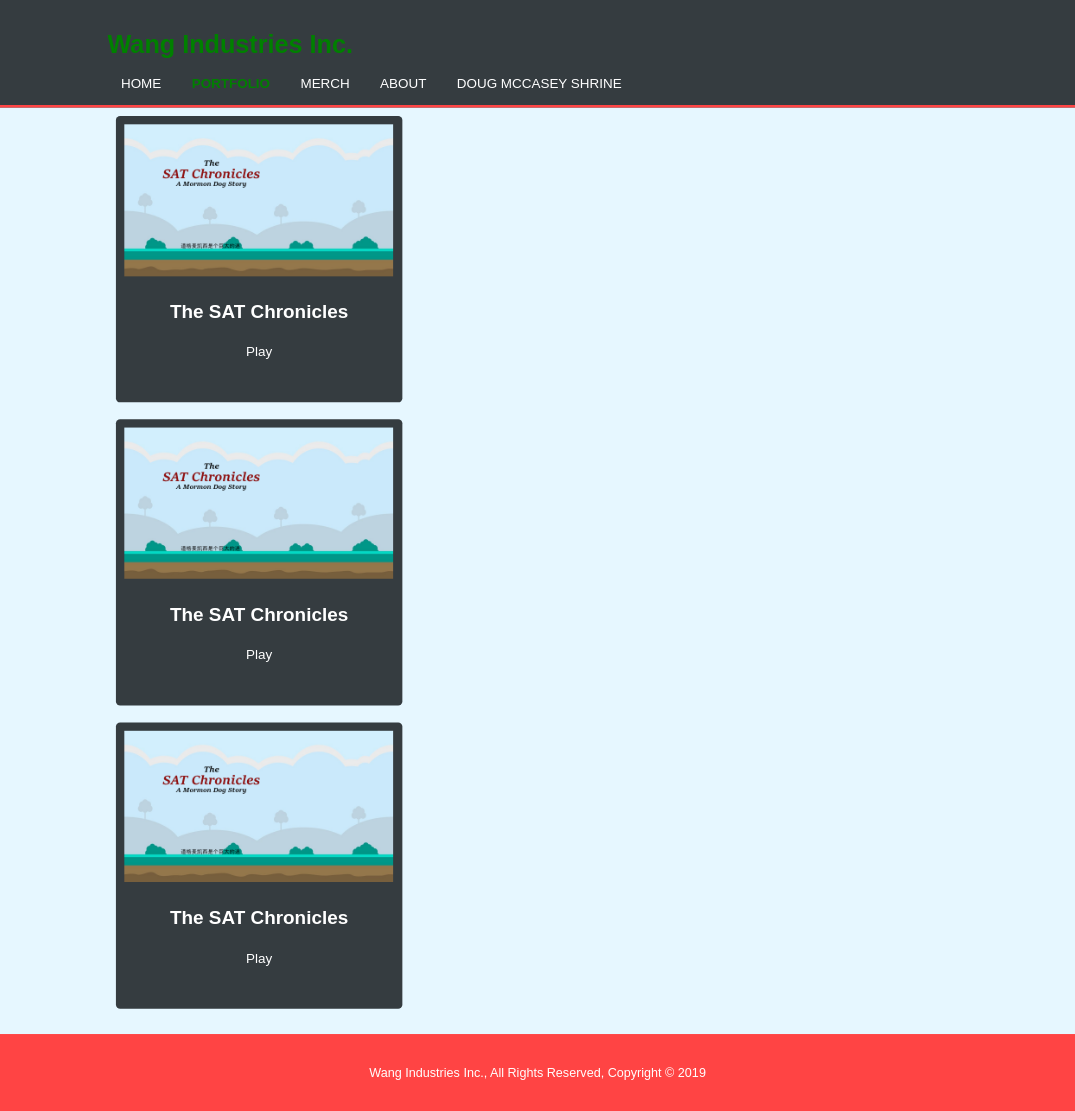
Repository: albert031/albert031.github.io
Page: portfolio.html
The author's editor kept a record of every edit. The page is drawn from the files as they stood at one moment, then again after the next edit.
The browser window is 1280 px wide. The pictures show the whole page, at 84% of full size.

Above is the page before.

### portfolio.html
<!DOCTYPE html>
<html>
    <head>
        <title>Albert's Website | Portfolio</title>
        <link rel=icon href=https://thewolfpacket.org/wp-content/uploads/2018/01/VP-675x900.jpg type=image/jpg?>
        <meta name=viewport content=width=device-width>
        <link rel=stylesheet type=text/css href=./css/style.css>
    </head>

    <body>
        <header>
            <div class=container>
                <div id=branding>
                    <h1 class=highlight>Wang Industries Inc.</h1>
                </div>
            </div>
            <nav>
                <div class=dropdown>
                    <button class=dropbtn><a href=index.html>Home</a></button>
                </div>
                <div class=dropdown>
                    <button class="dropbtn current"><a href=portfolio.html>Portfolio</a></button>
                    <div class=dropdown-content>
                        <a href=./projects/thesatchronicles.html>The SAT Chronicles</a>
                    </div>
                </div>
                <div class=dropdown>
                    <button class=dropbtn><a href=merch.html>Merch</a></button>
                    <div class=dropdown-content>
                        <a href="#">Dagu makkeishī Ramen Noodles™</a>
                        <a href="#">Dagu makkeishī ChopSticks™</a>
                        <a href="#">Dagu makkeishī Premium Soysauce Ultra Mega Doug Size™</a>
                    </div>
                </div>
                <div class=dropdown>
                    <button class=dropbtn><a href=about.html>About</a></button>
                </div>
                <div class=dropdown>
                    <button class=dropbtn><a href=dougshrine.html>Doug McCasey Shrine</a></button>
                    <div class=dropdown-content>
                        <a href=dougthethug.html>Doug the Thug</a>
                    </div>
                </div>
            </nav>
        </header>

        <section id=box>
            <div class=container>
                <div class=project>
                    <a href=./projects/thesatchronicles.html><img src=./imgsatchronicles/startscreen.png></a>
                    <h1>The SAT Chronicles</h1>
                    <a href=./projects/thesatchronicles.html>Play</a>
                </div>
            </div>
            <div class=container>
                <div class=project>
                    <a href=./projects/thesatchronicles.html><img src=./imgsatchronicles/startscreen.png></a>
                    <h1>The SAT Chronicles</h1>
                    <a href=./projects/thesatchronicles.html>Play</a>
                </div>
            </div>
            <div class=container>
                <div class=project>
                    <a href=./projects/thesatchronicles.html><img src=./imgsatchronicles/startscreen.png></a>
                    <h1>The SAT Chronicles</h1>
                    <a href=./projects/thesatchronicles.html>Play</a>
                </div>
            </div>
        </section>
        <footer>
            <p>Wang Industries Inc., All Rights Reserved, Copyright &copy 2019</p>
        </footer>
    </body>
</html>

### css/style.css
/*CSS Style Sheet */

body{
    font-family:Arial, Helvetica, sans-serif;
    font-size:15px;
    line-height:1.5;
    padding:0;
    margin:0;
    background-color:#e6f7ff;
}

/* Global */
.container{
    width:80%;
    margin:auto;
    overflow:hidden;
}

ul {
    margin:0;
    padding:0;
}

.button_1{
    height:38px;
    background:#ff4444;
    border:0;
    padding-left:20px;
    padding-right:20px;
    color:#ffffff;
}

@keyframes rainbow{
    0% {color:red;}
    17% {color:orange;}
    34% {color:yellow;}
    50% {color:green;}
    67% {color:blue;}
    84% {color:indigo;}
    100% {color:violet;}
}

/* Header */
header{
    background:#353c40;
    color:#ffffff;
    padding-top:30px;
    min-height:70px;
    border-bottom: #ff4444 3px solid;
    list-style:none;
}

header a{
    text-decoration:none;
    text-transform:uppercase;
    color:#ffffff;
}

header nav{
    width:80%;
    margin:auto;
}

.dropbtn {
  background-color: transparent;
  outline:none;
  padding: 16px;
  font-size: 16px;
  border: none;
}

/* The container <div> - needed to position the dropdown content */
.dropdown {
  position: relative;
  display: inline-block;
}

/* Dropdown Content (Hidden by Default) */
.dropdown-content {
  display: none;
  position: absolute;
  background-color: #f1f1f1;
  min-width: 160px;
  box-shadow: 0px 8px 16px 0px rgba(0,0,0,0.2);
  z-index: 1;
}

/* Links inside the dropdown */
.dropdown-content a{
  color: black;
  padding: 12px 16px;
  text-decoration: none;
  display: block;
}

/* Change color of dropdown links on hover */
.dropdown-content a:hover {
    background-color: #ddd;
}

/* Show the dropdown menu on hover */
.dropdown:hover .dropdown-content {
    display: block;
}

header #branding{
    float:left;
}

header #branding h1{
    margin:0;
}

header .highlight, header .current a{
    animation:rainbow 2s linear infinite alternate;
    font-weight:bold;
}

header a:hover{
    color:#ff0000;
    font-weight:bold;
}

/* Showcase */
#showcase{
    min-height:400px;
    background-image:url(../img/ramenpic.jpg);
    background-position:center center;
    background-repeat:no-repeat;
    text-align:center;
    color:#000000;
}

#showcase h1{
    margin-top:100px;
    font-size:55px;
    margin-bottom:10px;
}

#showcase p{
    font-size:20px;
}

#order{
    padding:15px;
    color:#ffffff;
    background:#353c40;
}

/* Order */
#order h1{
    float:left;
}

#order form{
    float:right;
    margin-top:15px;
}

#order input[type=name]{
    padding:4px;
    height:25px;
    width:250px;
}

/* Boxes */
#boxes{
    margin-top:20px;
}

#boxes .box{
    float:left;
    text-align:center;
    width:30%;
    padding:10px;
}

#boxes .box img{
    width:150px;
}

/* Main-col */
article#main-col{
    float:left;
    width:65%;
}

footer{
    padding:20px;
    margin-top:20px;
    color:#ffffff;
    background-color:#ff4444;
    text-align:center;
}

/* Boxes around each project */
.project{
	background-color: #353c40;
	font-size: 100%;
	padding: 1%;
	width: 320px;
	height: 320px;
	float: left;
	text-align:center;
	border-radius: 5px;
	margin:1%;
}

.project a{
	color:#ffffff;
	text-decoration: none;
	font-size: 16px;
}

.project h1{
    color:#ffffff;
}

.project iframe{
    width:100%;
}

.project img{
    width:100%;
}

.project a:hover{
    color:#ff0000;
    font-weight:bold;
}

/* Game aligning */
#canvas{
    padding-left: 0;
    padding-right: 0;
    margin-left: auto;
    margin-right: auto;
    display:block;

}
/* Media Queries */
@media(max-width:768px){
    header #branding,
    header nav,
    header nav li,
    #order h1,
    #order form,
    #boxes .box{
        float:none;
        text-align:center;
        width:100%;
        }

    header{
        padding-bottom:20px;
    }

    #showcase h1{
        margin-top:40px;
    }

    #order button{
        display:block;
        width:100%;
    }

    #order form input[type=name]{
        width:100%;
        margin-bottom:5px
    }
}

After the next edit:
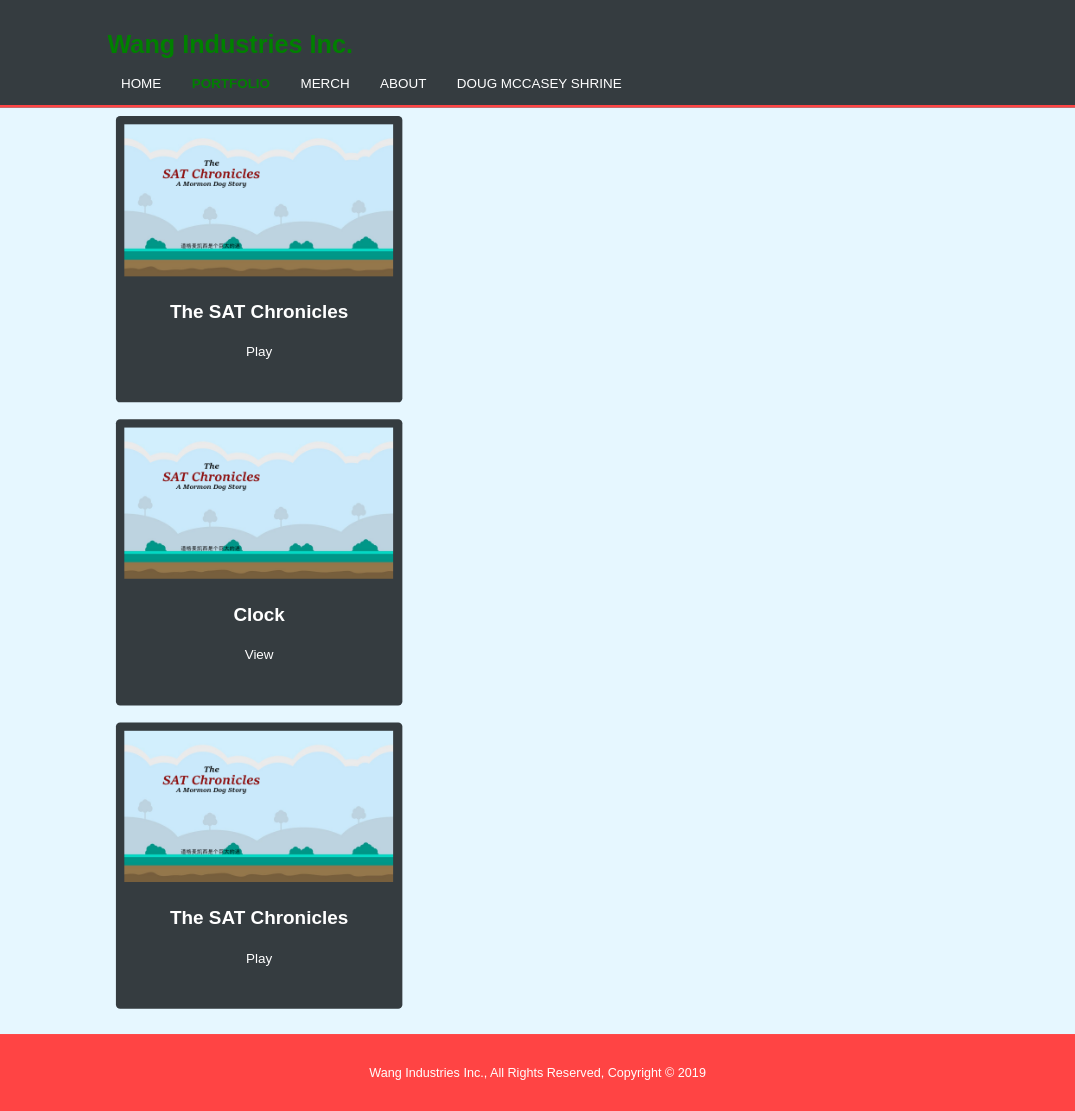
The edit:
--- a/portfolio.html
+++ b/portfolio.html
@@ -54,9 +54,9 @@
             </div>
             <div class=container>
                 <div class=project>
-                    <a href=./projects/thesatchronicles.html><img src=./imgsatchronicles/startscreen.png></a>
-                    <h1>The SAT Chronicles</h1>
-                    <a href=./projects/thesatchronicles.html>Play</a>
+                    <a href=./projects/clock.html><img src=./imgsatchronicles/startscreen.png></a>
+                    <h1>Clock</h1>
+                    <a href=./projects/clock.html>View</a>
                 </div>
             </div>
             <div class=container>
